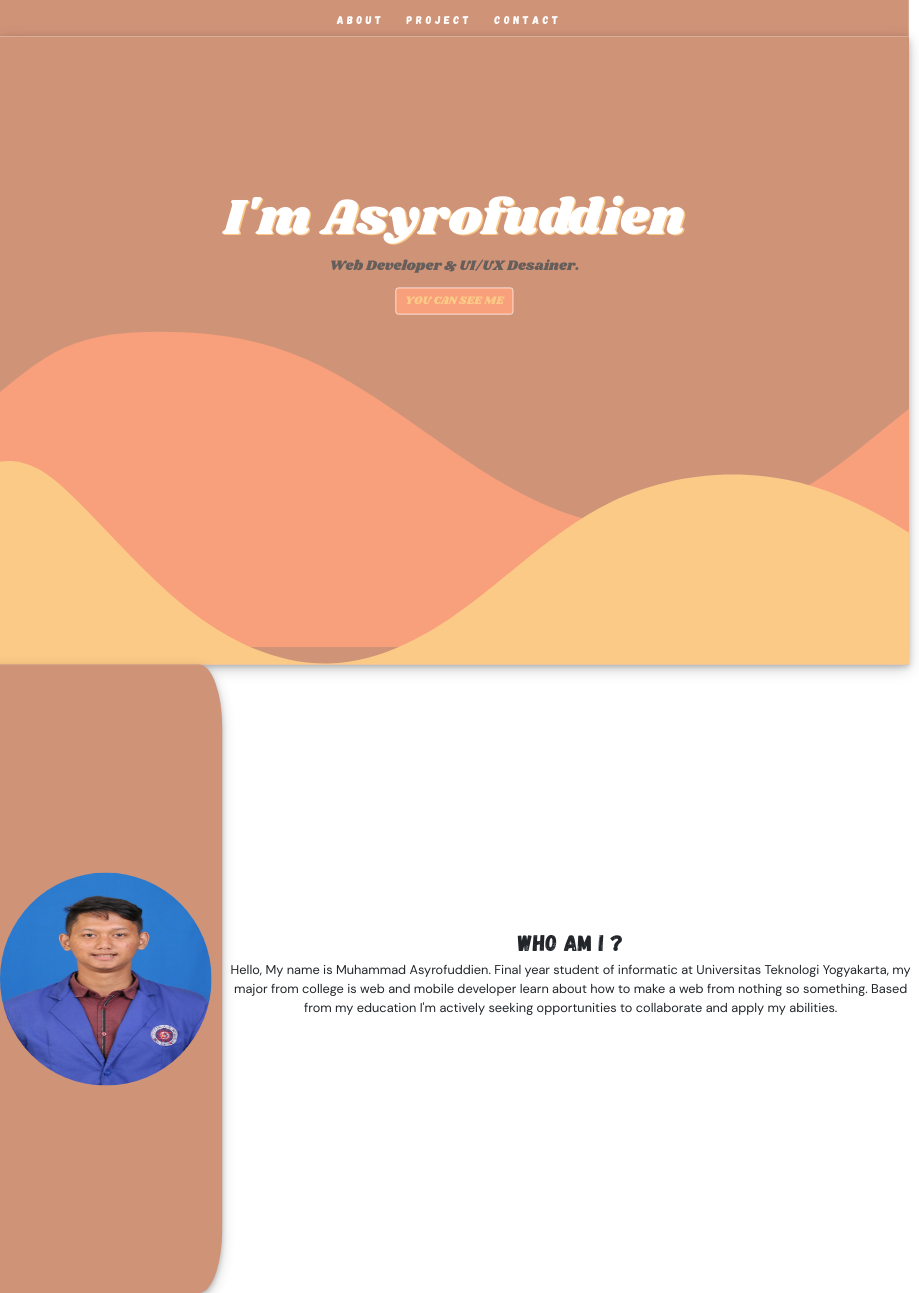
Repository: zetta-muhammad-asyrofuddien/Html-Css-ZettaCAmp
Page: Day1/Portofolio/index.html
An editor plug-in stored every save of this project. The page is shown before and after the next save, followed by the edit.
The browser window is 1280 px wide. The page is 1295 px wide, so the pictures cover 1295 px, including what lies to the right of the window. The pictures show the whole page, at 71% of full size.

Above is the page before, as saved 2023-07-06 18:55:09.

After the next save:
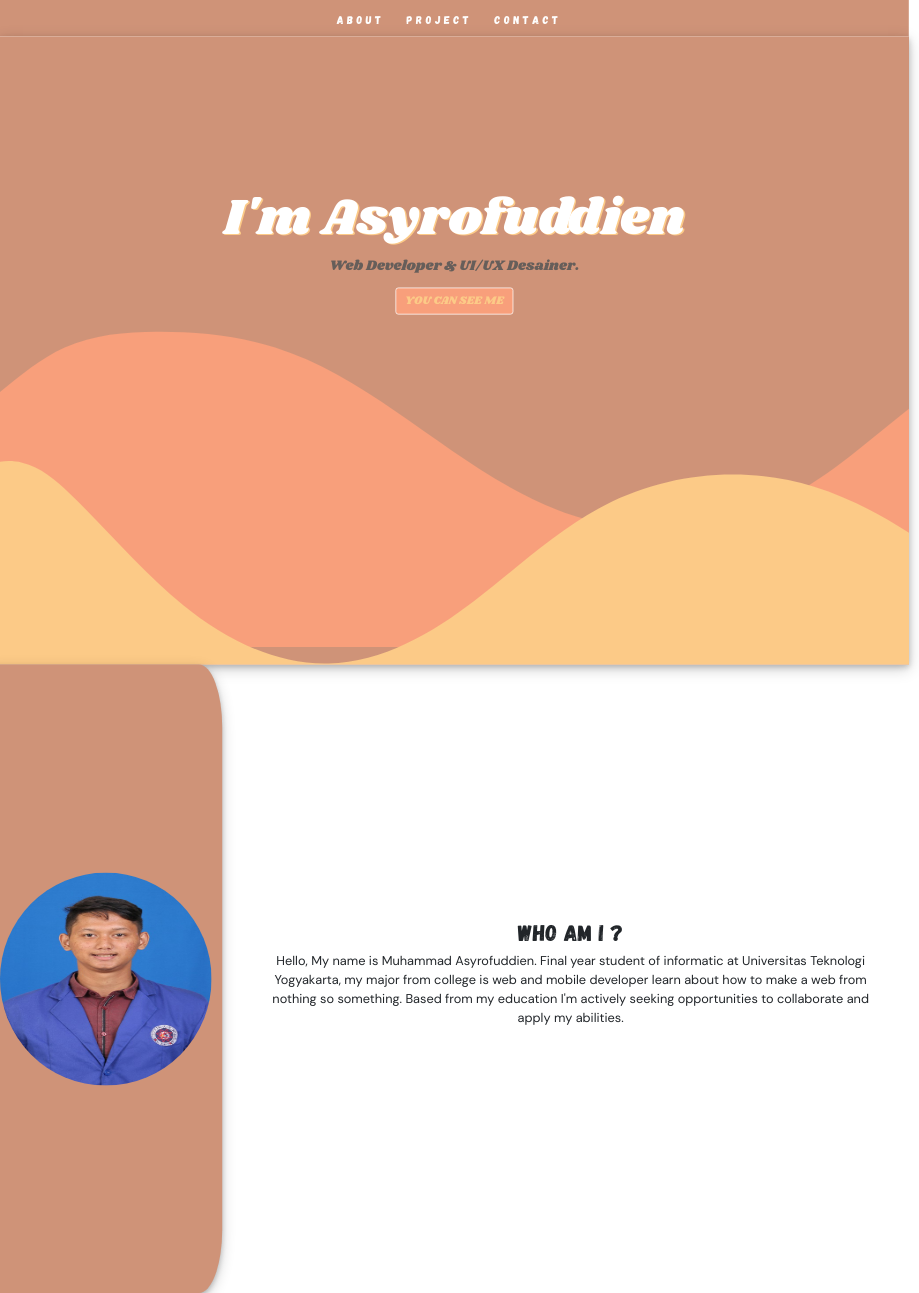
Saved 13 s later.
--- a/Day1/Portofolio/index.html
+++ b/Day1/Portofolio/index.html
@@ -54,7 +54,7 @@
       <div class="col-9 d-flex align-items-center about-kanan text-center">
         <div class="row">
           <h2>WHO AM I ?</h2>
-          <p class="deskripsi-saya">
+          <p class="deskripsi-saya px-5">
             Hello, My name is Muhammad Asyrofuddien. Final year student of informatic at Universitas Teknologi Yogyakarta, my major from college is web and mobile developer learn about how to make a web from nothing so something. Based from
             my education I'm actively seeking opportunities to collaborate and apply my abilities.
           </p>
